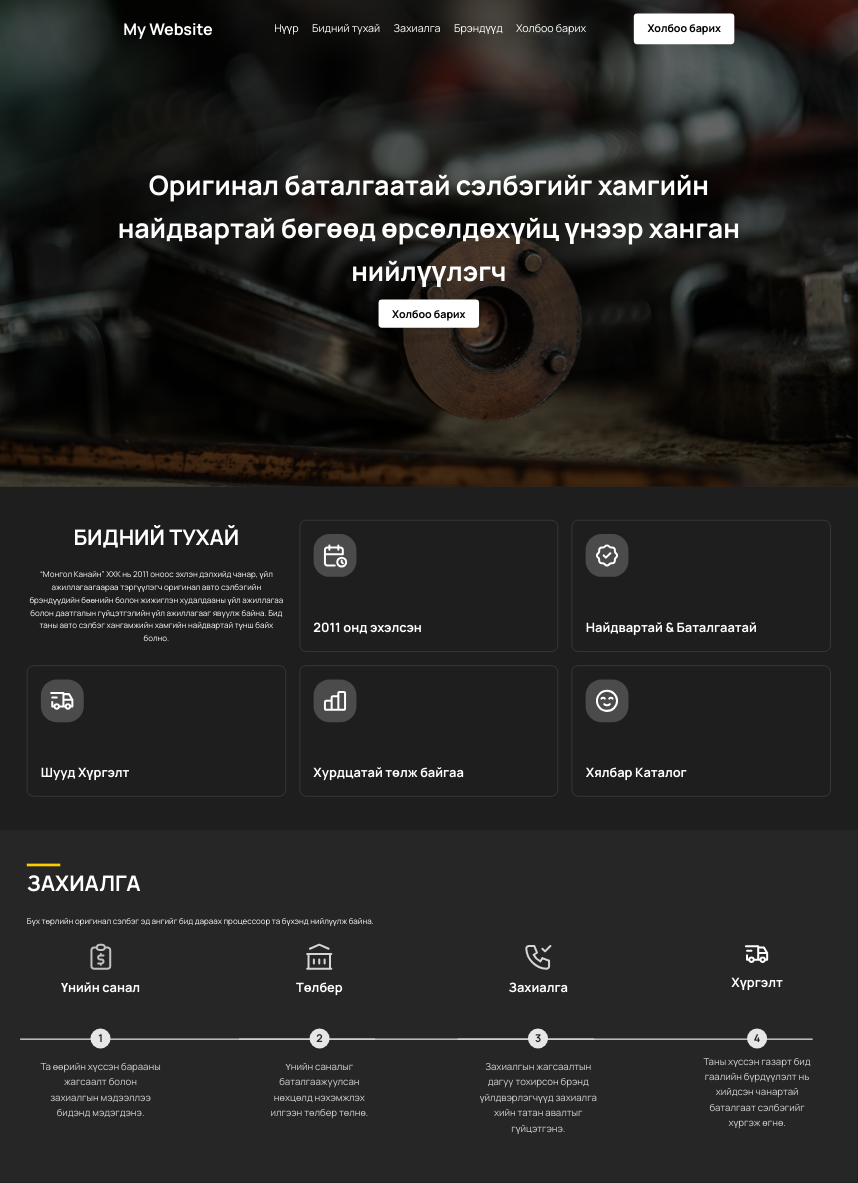
Repository: temuujinnn/mongol_kanain
Page: index.html
These files come from the project's save history. The page is drawn as it stood at one moment and after the next save; the edit follows.
The browser window is 1280 px wide. The pictures show the whole page, at 67% of full size.

Above is the page before, as saved 2024-08-22 18:41:21.

### index.html
<!DOCTYPE html>
<html lang="mn">

<head>
    <meta charset="UTF-8">
    <meta name="viewport" content="width=device-width, initial-scale=1.0">
    <title>My Custom Website</title>
    <link rel="stylesheet" href="style.css">
    <!-- Google Fonts Link -->
    <link href="https://fonts.googleapis.com/css2?family=Manrope:wght@400;700&display=swap" rel="stylesheet">
</head>

<body>
    <!-- Header Section -->
    <header>
        <div class="container">
            <div class="logo">
                <h1>My Website</h1>
            </div>
            <nav>
                <ul>
                    <li><a href="#home">Нүүр</a></li>
                    <li><a href="#about">Бидний тухай</a></li>
                    <li><a href="#order">Захиалга</a></li>
                    <li><a href="#brands">Брэндүүд</a></li>
                    <li><a href="#contact">Холбоо барих</a></li>
                </ul>
            </nav>
            <a href="#contact" class="contact-btn">Холбоо барих</a>
        </div>
    </header>

    <!-- Hero Section -->
    <section id="hero">
        <div class="overlay"></div>
        <div class="hero-content">
            <h1>Оригинал баталгаатай сэлбэгийг хамгийн найдвартай бөгөөд өрсөлдөхүйц үнээр ханган нийлүүлэгч</h1>
            <a href="#contact" class="button">Холбоо барих</a>
        </div>
    </section>

    <!-- The rest of your content -->
    <section id="about">
        <div class="container">

            <div class="about-grid">
                <div>
                    <h2>БИДНИЙ ТУХАЙ</h2>
                    <p class="description">“Монгол Канайн” ХХК нь 2011 оноос эхлэн дэлхийд чанар, үйл ажиллагаагаараа
                        тэргүүлэгч
                        оригинал авто сэлбэгийн брэндүүдийн бөөнийн болон жижиглэн худалдааны үйл ажиллагаа болон
                        даатгалын
                        гүйцэтгэлийн үйл ажиллагааг явуулж байна. Бид таны авто сэлбэг хангамжийн хамгийн найдвартай
                        түнш
                        байх
                        болно.</p>
                </div>

                <div class="about-card">
                    <div class="icon">
                        <img src="./icons/calendar-time.svg" alt="Calendar Icon">
                    </div>
                    <div style="height: 40px;"></div>
                    <div class="text">2011 онд эхэлсэн</div>
                </div>
                <div class="about-card">
                    <div class="icon">
                        <img src="./icons/discount-check.svg" alt="Calendar Icon">
                    </div>
                    <div style="height: 40px;"></div>
                    <div class="text">Найдвартай & Баталгаатай</div>
                </div>
                <div class="about-card">
                    <div class="icon">
                        <img src="./icons/truck-delivery.svg" alt="Calendar Icon">
                    </div>
                    <div style="height: 40px;"></div>
                    <div class="text">Шууд Хүргэлт</div>
                </div>
                <div class="about-card">
                    <div class="icon">
                        <img src="./icons/chart-bar.svg" alt="Calendar Icon">
                    </div>
                    <div style="height: 40px;"></div>
                    <div class="text">Хурдцатай төлж байгаа</div>
                </div>
                <div class="about-card">
                    <div class="icon">
                        <img src="./icons/mood-smile-beam.svg" alt="Calendar Icon">
                    </div>
                    <div style="height: 40px;"></div>
                    <div class="text">Хялбар Каталог</div>
                </div>
            </div>
        </div>
    </section>
    <section id="order-process">
        <div class="container">
            <div class="order-process-title">
                <div style=" width: 50px; height: 4px; background-color: #ffcc00;"></div>
                <h2>ЗАХИАЛГА</h2>
                <p class="description">Бүх төрлийн оригинал сэлбэг эд ангийг бид дараах процессоор та бүхэнд нийлүүлж
                    байна.
                </p>
            </div>

            <div class="steps">
                <div class="step">
                    <div class="stepicon">
                        <img src="./icons/report-money.svg" alt="Calendar Icon">
                    </div>
                    <div class="step-number">1</div>
                    <h3>Үнийн санал</h3>
                    <p>Та өөрийн хүссэн барааны жагсаалт болон захиалгын мэдээллээ бидэнд мэдэгдэнэ.</p>
                </div>
                <div class="step">
                    <div class="stepicon">
                        <img src="./icons/building-bank.svg" alt="Calendar Icon">
                    </div>
                    <div class="step-number">2</div>
                    <h3>Төлбер</h3>
                    <p>Үнийн саналыг баталгаажуулсан нөхцөлд нэхэмжлэх илгээн төлбер төлнө.</p>
                </div>
                <div class="step">
                    <div class="stepicon">
                        <img src="./icons/phone-check.svg" alt="Calendar Icon">
                    </div>
                    <div class="step-number">3</div>
                    <h3>Захиалга</h3>
                    <p>Захиалгын жагсаалтын дагуу тохирсон брэнд үйлдвэрлэгчүүд захиалга хийн татан авалтыг гүйцэтгэнэ.
                    </p>
                </div>
                <div class="step">
                    <div class="stepicon">
                        <img src="./icons/truck-delivery.svg" alt="Calendar Icon">
                    </div>
                    <div class="step-number">4</div>
                    <h3>Хүргэлт</h3>
                    <p>Таны хүссэн газарт бид гаалийн бүрдүүлэлт нь хийдсэн чанартай баталгаат сэлбэгийг хүргэж өгнө.
                    </p>
                </div>
            </div>
        </div>
    </section>
</body>

</html>

### style.css
/* Basic Reset */
* {
    margin: 0;
    padding: 0;
    box-sizing: border-box;
}

body {
    font-family: 'Manrope', sans-serif;
    color: white;
    background-color: #1e1e1e;
    line-height: 1.6;
}

/* Header */
header {

    /* Semi-transparent background */
    padding: 20px 0;
    position: absolute;
    /* Ensure the header is not fixed */
    width: 100%;
    z-index: 1000;
    /* Keep the header on top of other content */
}

header .container {
    display: flex;
    padding-left: 144px;
    padding-right: 144px;
    justify-content: space-between;
    align-items: center;
}

header .logo h1 {
    color: #fff;
    font-size: 1.5rem;
    margin: 0;
}

header nav ul {
    list-style: none;
    display: flex;
    margin: 0;
    padding: 0;
}

header nav ul li {
    margin-left: 20px;
}

header nav ul li a {
    color: #fff;
    text-decoration: none;
    font-size: 1rem;
}

header nav ul li a:hover {
    color: #ffcc00;
}

header .contact-btn {
    background-color: #fff;
    color: #000;
    padding: 10px 20px;
    text-decoration: none;
    border-radius: 5px;
    font-weight: bold;
}

header .contact-btn:hover {
    background-color: #e6e6e6;
}

/* Hero Section */
#hero {
    position: relative;
    background: url('./images/m.png') no-repeat center center/cover;
    height: 726px;
    display: flex;
    justify-content: center;
    align-items: center;
    text-align: center;
    color: #fff;
}

#hero .overlay {
    position: absolute;
    top: 0;
    left: 0;
    right: 0;
    bottom: 0;
    background: rgba(0, 0, 0, 0.5);
    /* Dark overlay */
}

.hero-content {
    z-index: 1;
    max-width: 80%;
}

.hero-content h1 {
    font-size: 2.5rem;
    margin-bottom: 20px;
}

.hero-content .button {
    padding: 10px 20px;
    background: #fff;
    color: #000;
    text-decoration: none;
    border-radius: 5px;
    font-weight: bold;
    transition: background-color 0.3s ease;
}

.hero-content .button:hover {
    background-color: #e6e6e6;
}

#about {
    padding: 50px 20px;
    background-color: #1e1e1e;
}

.container {
    max-width: 1200px;
    margin: 0 auto;
}

#about h2 {
    font-size: 32px;
    margin-bottom: 20px;
    color: #fff;
    font-weight: 700;
}

.description {

    font-size: 12px;
    font-style: normal;
    font-weight: 400;
}

.about-grid {
    display: grid;
    grid-template-columns: repeat(3, 1fr);
    gap: 20px;
    height: 100%;
}

.about-card {
    background-color: #1e1e1e;
    padding: 20px;
    border-radius: 10px;
    display: flex;
    flex-direction: column;
    justify-content: space-between;
    align-items: start;

    border: 1px solid #444;
    transition: transform 0.3s ease, border-color 0.3s ease;
}

.about-card:hover {
    transform: translateY(-5px);
    border-color: #ffcc00;
}

.icon {

    display: flex;
    justify-content: center;
    align-items: center;
    background-color: #4b4b4b;
    width: 64px;
    height: 64px;
    padding: 12px;
    border-radius: 24px;

}



.text {
    font-size: 1.2rem;
    color: #fff;
    font-weight: 700;
}

.text br {
    display: none;
}

@media (min-width: 768px) {
    .text br {
        display: inline;
    }
}

/* Adjusting body padding to avoid header overlay */
#order-process {
    padding: 50px 20px;
    background-color: #262626;
}

.container {
    max-width: 1200px;
    margin: 0 auto;
    text-align: center;
}

#order-process h2 {
    font-size: 2rem;
    margin-bottom: 20px;
    color: #fff;
    position: relative;
    display: inline-block;
    /* padding-left: 40px; */
}

.order-process-title {
    display: flex;
    justify-content: start;
    align-items: start;
    flex-direction: column;

}



/* .description {
    font-size: 1rem;
    margin-bottom: 40px;
    color: #d3d3d3;
} */

.steps {
    display: flex;
    justify-content: space-between;
    flex-wrap: wrap;
    position: relative;
}

.step {
    flex: 1;
    padding: 20px;
    max-width: 220px;
    position: relative;
    /* Ensure step number stays relative to its parent */
    text-align: center;
}

.step::after {
    content: '';
    position: absolute;
    top: 50%;
    left: -10px;
    /* right: -10px; */
    /* right: -0px; */
    /* Adjust depending on spacing between steps */
    width: calc(150% + 200px);
    /* Extend to next step */
    height: 2px;
    background-color: #d3d3d3;
    z-index: 0;
}

.step:last-child::after {
    display: none;
    /* Remove the line after the last step */
}

.icon {
    margin-bottom: 20px;
    position: relative;
}

.step-number {
    position: absolute;
    top: 50%;
    /* Aligns with the line */
    left: 50%;
    transform: translate(-50%, -50%);
    background-color: #e6e6e6;
    color: #262626;
    font-weight: bold;
    border-radius: 50%;
    width: 30px;
    height: 30px;
    display: flex;
    align-items: center;
    justify-content: center;
    font-size: 1rem;
    z-index: 1;
    /* Ensures step number stays on top */
}

.step h3 {
    font-size: 1.2rem;
    margin-bottom: 20px;
    color: #fff;
}

.step p {
    margin-top: 90px;
    font-size: 0.9rem;
    color: #d3d3d3;
}

@media (max-width: 768px) {
    .steps {
        flex-direction: column;
        align-items: center;
    }

    .step {
        max-width: 100%;
        margin-bottom: 20px;
    }

    .step::after {
        display: none;
        /* Remove the lines for mobile view */
    }
}

After the next save:
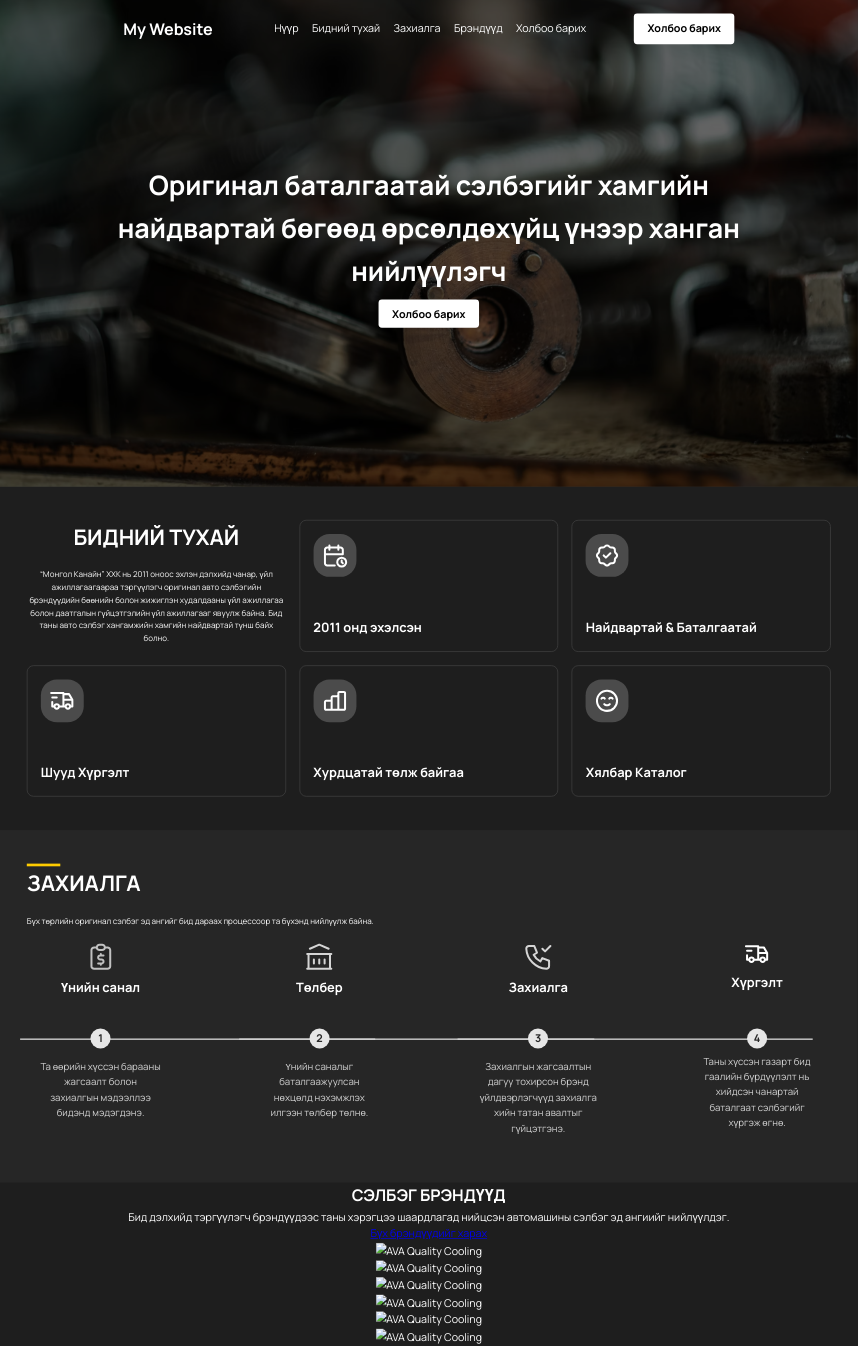
Not found: ava-logo.png
Saved 72 s later.
--- a/index.html
+++ b/index.html
@@ -142,6 +142,36 @@
             </div>
         </div>
     </section>
+    <section id="brands">
+        <div class="container">
+            <div class="content">
+                <h2>СЭЛБЭГ БРЭНДҮҮД</h2>
+                <p>Бид дэлхийд тэргүүлэгч брэндүүдээс таны хэрэгцээ шаардлагад нийцсэн автомашины сэлбэг эд ангиийг
+                    нийлүүлдэг.</p>
+                <a href="#" class="button">Бүх брэндүүдийг харах</a>
+            </div>
+            <div class="brand-logos">
+                <div class="brand-logo">
+                    <img src="ava-logo.png" alt="AVA Quality Cooling">
+                </div>
+                <div class="brand-logo">
+                    <img src="ava-logo.png" alt="AVA Quality Cooling">
+                </div>
+                <div class="brand-logo">
+                    <img src="ava-logo.png" alt="AVA Quality Cooling">
+                </div>
+                <div class="brand-logo">
+                    <img src="ava-logo.png" alt="AVA Quality Cooling">
+                </div>
+                <div class="brand-logo">
+                    <img src="ava-logo.png" alt="AVA Quality Cooling">
+                </div>
+                <div class="brand-logo">
+                    <img src="ava-logo.png" alt="AVA Quality Cooling">
+                </div>
+            </div>
+        </div>
+    </section>
 </body>
 
 </html>
